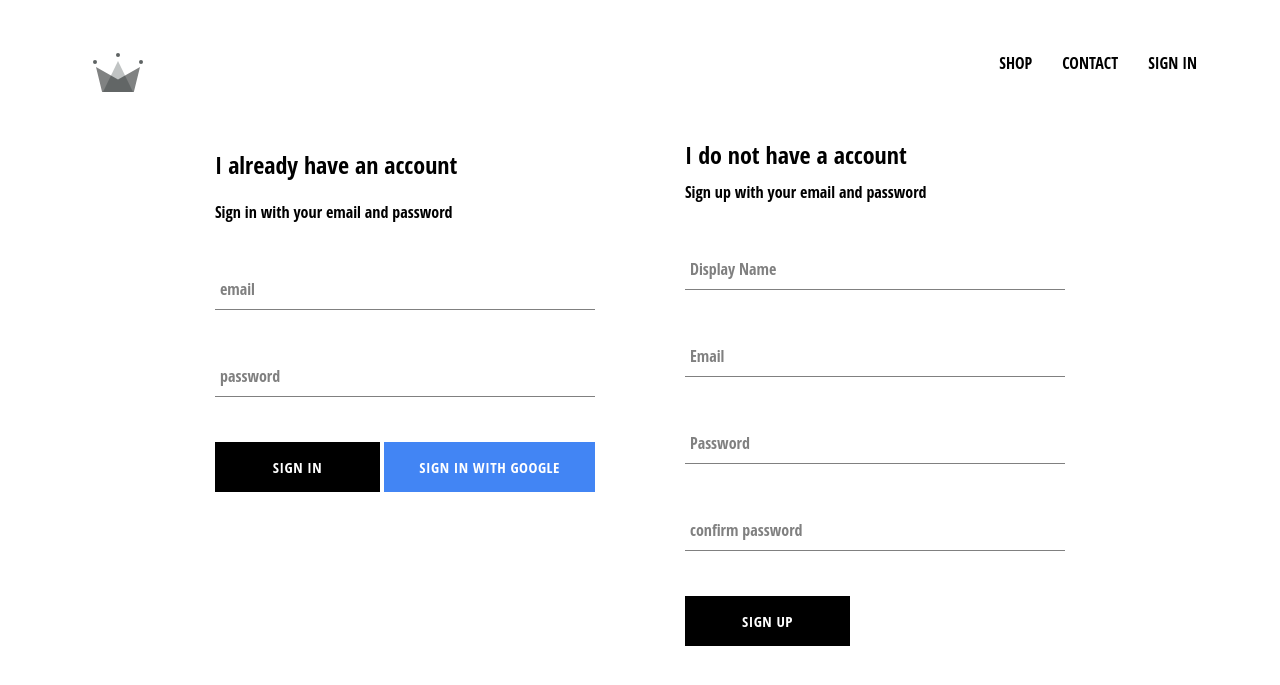
Repository: lamilekan263/crown-clothing
Page: /signin
These files come from the project's save history. The page is drawn as it stood at one moment and after a run of saves; the edit follows.
The browser window is 1280 px wide. The pictures show the whole page.
The project was rebuilt for these pictures with package versions that can differ from the ones it lists, and the page was loaded fresh each time. Also part of the build but not shown: src/components/menu-item/menu-item.styles.scss, src/components/menu-item/menu-item.component.jsx, src/components/directory/directory.styles.scss, src/components/directory/directory.component.jsx, src/pages/homepage/homepage.styles.scss, src/pages/homepage/homepage.component.jsx, src/pages/shop/shop.data.jsx, src/components/collection-item/collection-item.styles.scss and 4 more.

Above is the page before, as saved 2020-07-30 13:55:55.

After the next 7 saves:
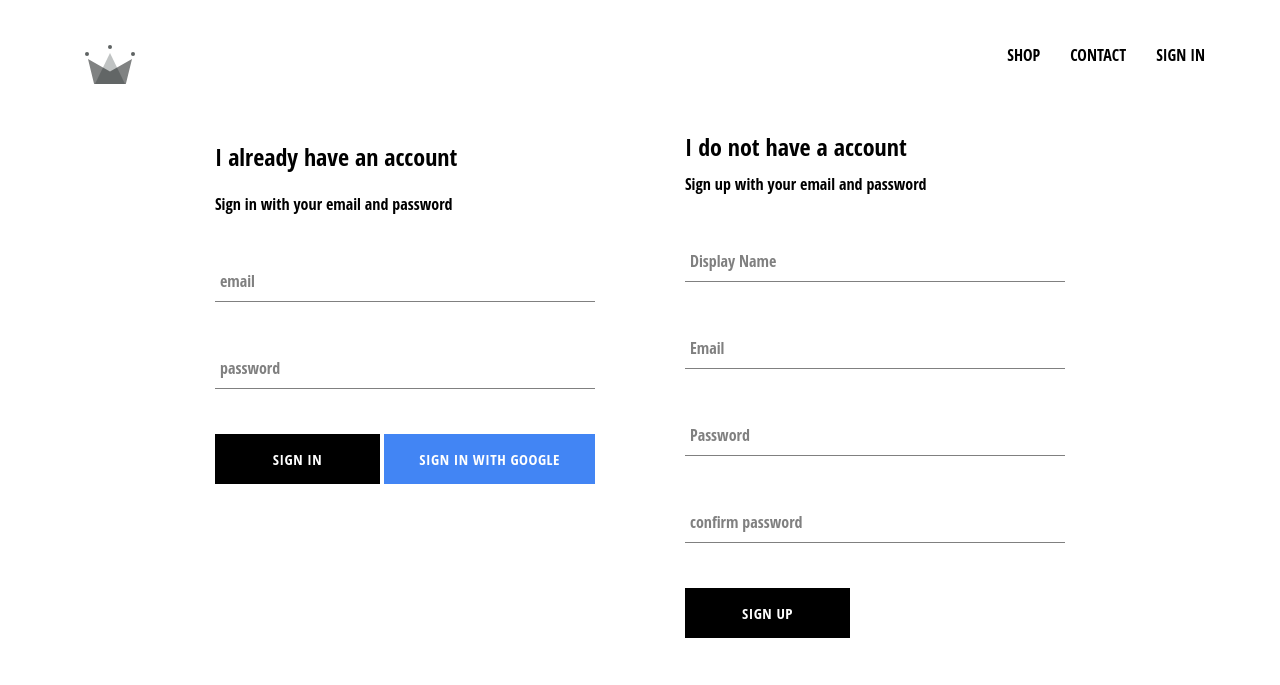
The 7 saves are shown as one change because 3 did not build or start and some came seconds apart.
The last was saved 103 s later.
--- a/src/index.js
+++ b/src/index.js
@@ -1,13 +1,15 @@
 import React from 'react';
 import ReactDOM from 'react-dom';
 import {BrowserRouter} from 'react-router-dom'
-import { Provider } from 'react-redux'
+
+
+
+import './index.css';
 import App from './App';
 
 
 ReactDOM.render(
   <React.StrictMode>
-    <provider></provider>
     <BrowserRouter>
       <App />
     </BrowserRouter>
